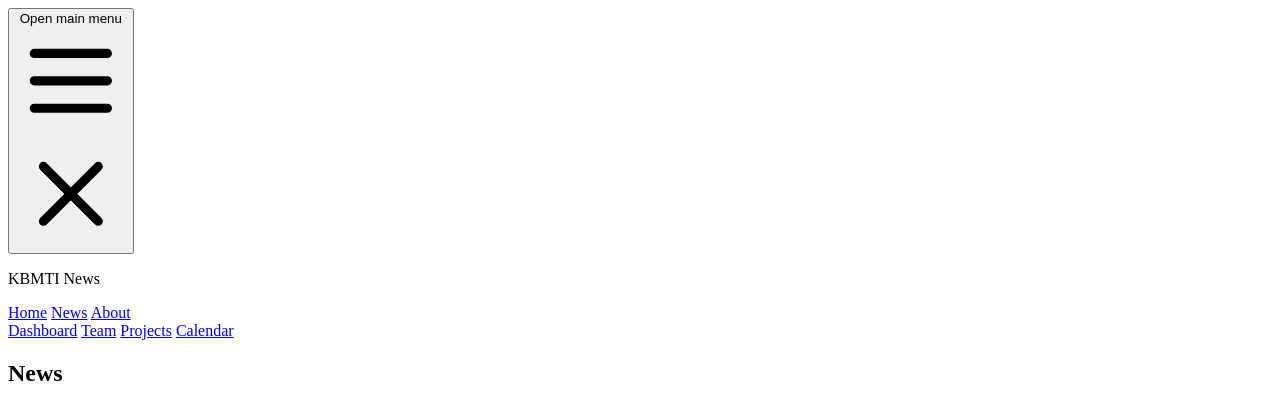
Repository: aenzt/news-kbmti-recreate
Page: http://localhost/news
The author's editor kept a copy of each file at every save. The page is drawn from the files as they stood at one save, then again after the next save.
The browser window is 1280 px wide. The pictures show the whole page.
The page is served by the project's Laravel application, run on PHP 8.4 with Laravel 8. Other server files are loaded and not shown. Queries for data that is not in the repository find no rows.

Above is the page before, as saved 2021-10-27 23:02:49.

### routes/web.php
<?php

use Illuminate\Support\Facades\Route;
use App\Http\Controllers\NewsController;
use App\Models\Bureau;

/*
|--------------------------------------------------------------------------
| Web Routes
|--------------------------------------------------------------------------
|
| Here is where you can register web routes for your application. These
| routes are loaded by the RouteServiceProvider within a group which
| contains the "web" middleware group. Now create something great!
|
*/

Route::get('/', function () {
    return view('index', [
        'title'=>'Home'
    ]);
});

Route::get('/news', [NewsController::class, 'index']);

Route::get('/bureau/{bureau:slug}', function(Bureau $bureau){
    return view('category', [
        'title' => $bureau->name,
        'category' => $bureau->name,
    ]);
});

### app/Http/Controllers/NewsController.php
<?php

namespace App\Http\Controllers;

use Illuminate\Http\Request;
use App\Models\News;
use App\Models\Bureau;

class NewsController extends Controller
{
    public function index(){
        return view('news', [
            'title' => 'News',
            'news' => News::all(),
            'bureau' => Bureau::all()
        ]);
    }
}

### app/Models/News.php
<?php

namespace App\Models;

use Illuminate\Database\Eloquent\Factories\HasFactory;
use Illuminate\Database\Eloquent\Model;

class News extends Model
{
    use HasFactory;
    protected $guarded = ['id'];

    public function bureau()
    {
        return $this->belongsTo(Bureau::class);
    }
}

### app/Models/Bureau.php
<?php

namespace App\Models;

use Illuminate\Database\Eloquent\Factories\HasFactory;
use Illuminate\Database\Eloquent\Model;

class Bureau extends Model
{
    use HasFactory;

    public function News(){
        return $this->hasMany(News::class);
    }
}

### resources/views/news.blade.php
@extends('layouts.app')

@section('content')
<section class="text-gray-600 body-font">
    <div class="container px-5 py-8 mx-auto max-w-7x1">
      <div class="flex flex-wrap w-full mb-4 p-4">
        <div class="w-full mb-6 lg:mb-0">
          <h1 class="sm:text-4xl text-5xl font-medium font-bold title-font mb-2 text-gray-700">News</h1>
          <div class="h-1 w-20 bg-indigo-500 rounded"></div>
        </div>
      </div>
      <div class="flex flex-wrap -m-4">
          @foreach ($news as $berita)
            <div class="xl:w-1/3 md:w-1/2 p-4 filter drop-shadow-2xl">
                <div class="bg-white p-6 rounded-lg max-h-full">
                <img class="lg:h-full xl:h-full md:h-full sm:h-full h-full rounded w-full object-cover object-center mb-6" src="http://kbmti.filkom.ub.ac.id/public/storage/articles/614c8eea93282_partnership3_01.jpg" alt="Image Size 720x400">
                <h3 class="tracking-widest text-indigo-500 text-xs font-medium title-font">{{ $berita->bureau->name }}</h3>
                <h2 class="text-lg text-gray-900 font-medium title-font mb-2">{{ $berita->title }}</h2>
                <p class="leading-relaxed text-base">{{ $berita->body }}</p>
                </div>
            </div>
          @endforeach
      </div>
    </div>
  </section>
@endsection

### resources/views/layouts/app.blade.php
<!DOCTYPE html>
<html lang="en">
<head>
    <meta charset="UTF-8">
    <meta name="viewport" content="width=device-width, initial-scale=1.0">
    <meta http-equiv="X-UA-Compatible" content="ie=edge">
    <link href="{{ asset('css/app.css') }}" rel="stylesheet">
    <title>KBMTI News | {{ $title }}</title>
</head>
<body>
    <nav class="bg-gray-800">
        <div class="max-w-7xl mx-auto px-2 sm:px-6 lg:px-8">
          <div class="relative flex items-center justify-between h-16">
            <div class="absolute inset-y-0 left-0 flex items-center sm:hidden">
              <!-- Mobile menu button-->
              <button type="button" class="inline-flex items-center justify-center p-2 rounded-md text-gray-400 hover:text-white hover:bg-gray-700 focus:outline-none focus:ring-2 focus:ring-inset focus:ring-white" aria-controls="mobile-menu" aria-expanded="false">
                <span class="sr-only">Open main menu</span>
                <!--
                  Icon when menu is closed.

                  Heroicon name: outline/menu

                  Menu open: "hidden", Menu closed: "block"
                -->
                <svg class="block h-6 w-6" xmlns="http://www.w3.org/2000/svg" fill="none" viewBox="0 0 24 24" stroke="currentColor" aria-hidden="true">
                  <path stroke-linecap="round" stroke-linejoin="round" stroke-width="2" d="M4 6h16M4 12h16M4 18h16" />
                </svg>
                <!--
                  Icon when menu is open.

                  Heroicon name: outline/x

                  Menu open: "block", Menu closed: "hidden"
                -->
                <svg class="hidden h-6 w-6" xmlns="http://www.w3.org/2000/svg" fill="none" viewBox="0 0 24 24" stroke="currentColor" aria-hidden="true">
                  <path stroke-linecap="round" stroke-linejoin="round" stroke-width="2" d="M6 18L18 6M6 6l12 12" />
                </svg>
              </button>
            </div>
            <div class="flex-1 flex items-center justify-center sm:items-stretch sm:justify-start">
              <div class="flex-shrink-0 flex items-center">
                {{-- <img class="block lg:hidden h-8 w-auto" src="https://tailwindui.com/img/logos/workflow-mark-indigo-500.svg" alt="Workflow">
                <img class="hidden lg:block h-8 w-auto" src="https://tailwindui.com/img/logos/workflow-logo-indigo-500-mark-white-text.svg" alt="Workflow"> --}}
                <p class="text-white text-2xl font-bold mb-2">KBMTI News</p>
              </div>
              <div class="hidden sm:block sm:ml-6">
                <div class="flex space-x-4">
                  <!-- Current: "bg-gray-900 text-white", Default: "text-gray-300 hover:bg-gray-700 hover:text-white" -->
                  <a href="/" class=" {{ $title=="Home" ? "bg-gray-900 text-white px-3 py-2 rounded-md text-sm font-medium" : "text-gray-300 hover:bg-gray-700 hover:text-white px-3 py-2 rounded-md text-sm font-medium"}}" aria-current="page">Home</a>

                  <a href="/news" class="{{ $title=="News" ? "bg-gray-900 text-white px-3 py-2 rounded-md text-sm font-medium" : "text-gray-300 hover:bg-gray-700 hover:text-white px-3 py-2 rounded-md text-sm font-medium"}}">News</a>

                  <a href="#" class="text-gray-300 hover:bg-gray-700 hover:text-white px-3 py-2 rounded-md text-sm font-medium">About</a>

                </div>
              </div>
            </div>
          </div>
        </div>

        <!-- Mobile menu, show/hide based on menu state. -->
        <div class="sm:hidden" id="mobile-menu">
          <div class="px-2 pt-2 pb-3 space-y-1">
            <!-- Current: "bg-gray-900 text-white", Default: "text-gray-300 hover:bg-gray-700 hover:text-white" -->
            <a href="#" class="bg-gray-900 text-white block px-3 py-2 rounded-md text-base font-medium" aria-current="page">Dashboard</a>

            <a href="#" class="text-gray-300 hover:bg-gray-700 hover:text-white block px-3 py-2 rounded-md text-base font-medium">Team</a>

            <a href="#" class="text-gray-300 hover:bg-gray-700 hover:text-white block px-3 py-2 rounded-md text-base font-medium">Projects</a>

            <a href="#" class="text-gray-300 hover:bg-gray-700 hover:text-white block px-3 py-2 rounded-md text-base font-medium">Calendar</a>
          </div>
        </div>
      </nav>
    <div>
        @yield('content')
    </div>
</body>
</html>

Loaded but not shown: app/Http/Controllers/Controller.php (common file)

After the next save:
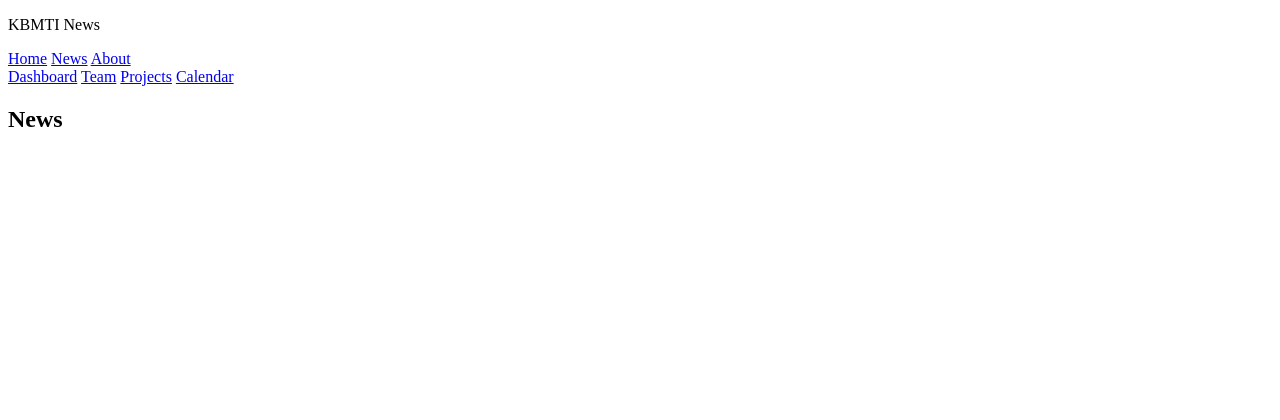
Saved 14 s later.
--- a/resources/views/layouts/app.blade.php
+++ b/resources/views/layouts/app.blade.php
@@ -11,32 +11,6 @@
     <nav class="bg-gray-800">
         <div class="max-w-7xl mx-auto px-2 sm:px-6 lg:px-8">
           <div class="relative flex items-center justify-between h-16">
-            <div class="absolute inset-y-0 left-0 flex items-center sm:hidden">
-              <!-- Mobile menu button-->
-              <button type="button" class="inline-flex items-center justify-center p-2 rounded-md text-gray-400 hover:text-white hover:bg-gray-700 focus:outline-none focus:ring-2 focus:ring-inset focus:ring-white" aria-controls="mobile-menu" aria-expanded="false">
-                <span class="sr-only">Open main menu</span>
-                <!--
-                  Icon when menu is closed.
-
-                  Heroicon name: outline/menu
-
-                  Menu open: "hidden", Menu closed: "block"
-                -->
-                <svg class="block h-6 w-6" xmlns="http://www.w3.org/2000/svg" fill="none" viewBox="0 0 24 24" stroke="currentColor" aria-hidden="true">
-                  <path stroke-linecap="round" stroke-linejoin="round" stroke-width="2" d="M4 6h16M4 12h16M4 18h16" />
-                </svg>
-                <!--
-                  Icon when menu is open.
-
-                  Heroicon name: outline/x
-
-                  Menu open: "block", Menu closed: "hidden"
-                -->
-                <svg class="hidden h-6 w-6" xmlns="http://www.w3.org/2000/svg" fill="none" viewBox="0 0 24 24" stroke="currentColor" aria-hidden="true">
-                  <path stroke-linecap="round" stroke-linejoin="round" stroke-width="2" d="M6 18L18 6M6 6l12 12" />
-                </svg>
-              </button>
-            </div>
             <div class="flex-1 flex items-center justify-center sm:items-stretch sm:justify-start">
               <div class="flex-shrink-0 flex items-center">
                 {{-- <img class="block lg:hidden h-8 w-auto" src="https://tailwindui.com/img/logos/workflow-mark-indigo-500.svg" alt="Workflow">
